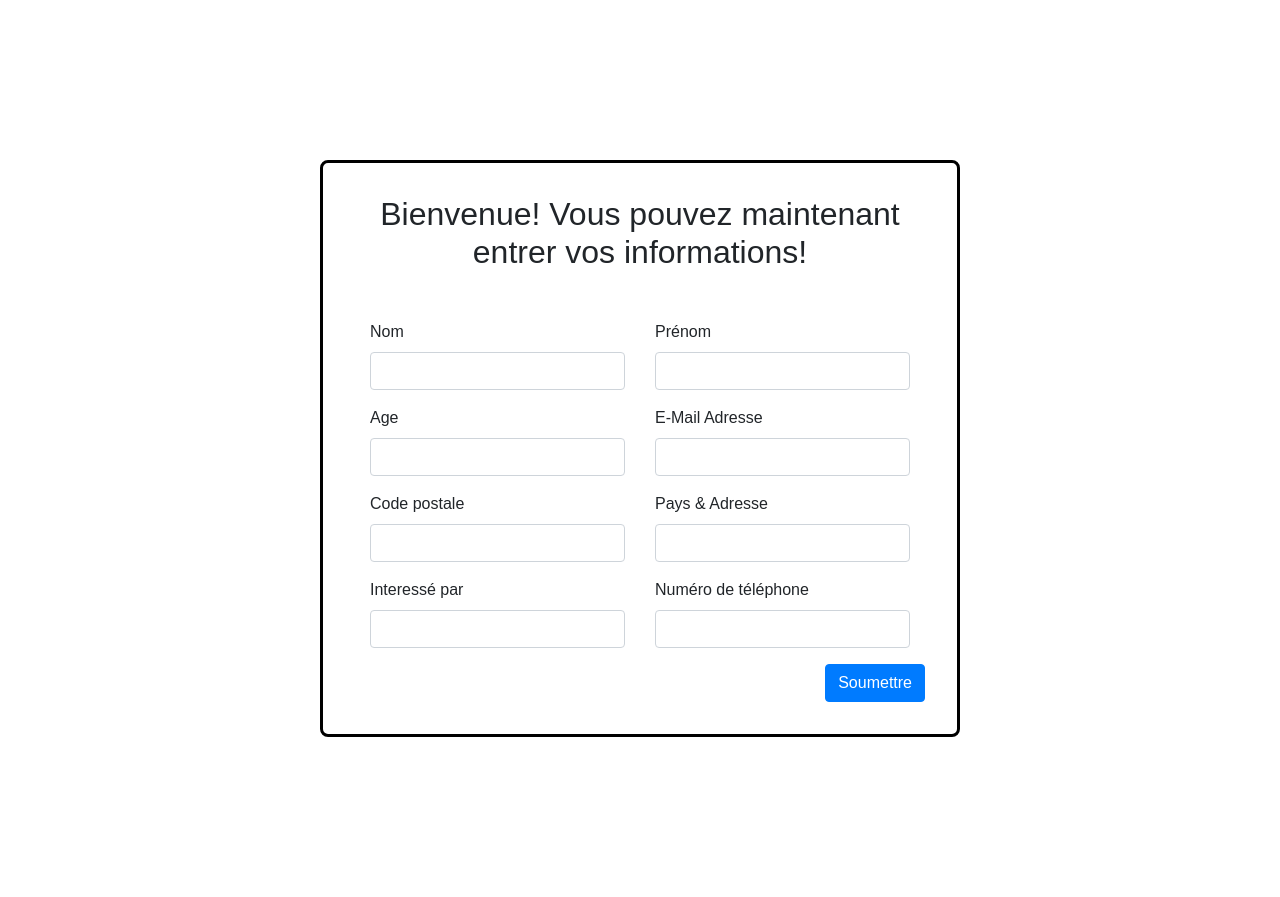
Repository: Aminox84/frontend-main
Page: /
The author's editor kept a copy of each file at every save. The page is drawn from the files as they stood at one save, then again after the next save.
The browser window is 1280 px wide. The pictures show the whole page.
The project was rebuilt for these pictures with package versions that can differ from the ones it lists, and the page was loaded fresh each time.

Above is the page before, as saved 2022-12-29 19:58:42.

After the next save:
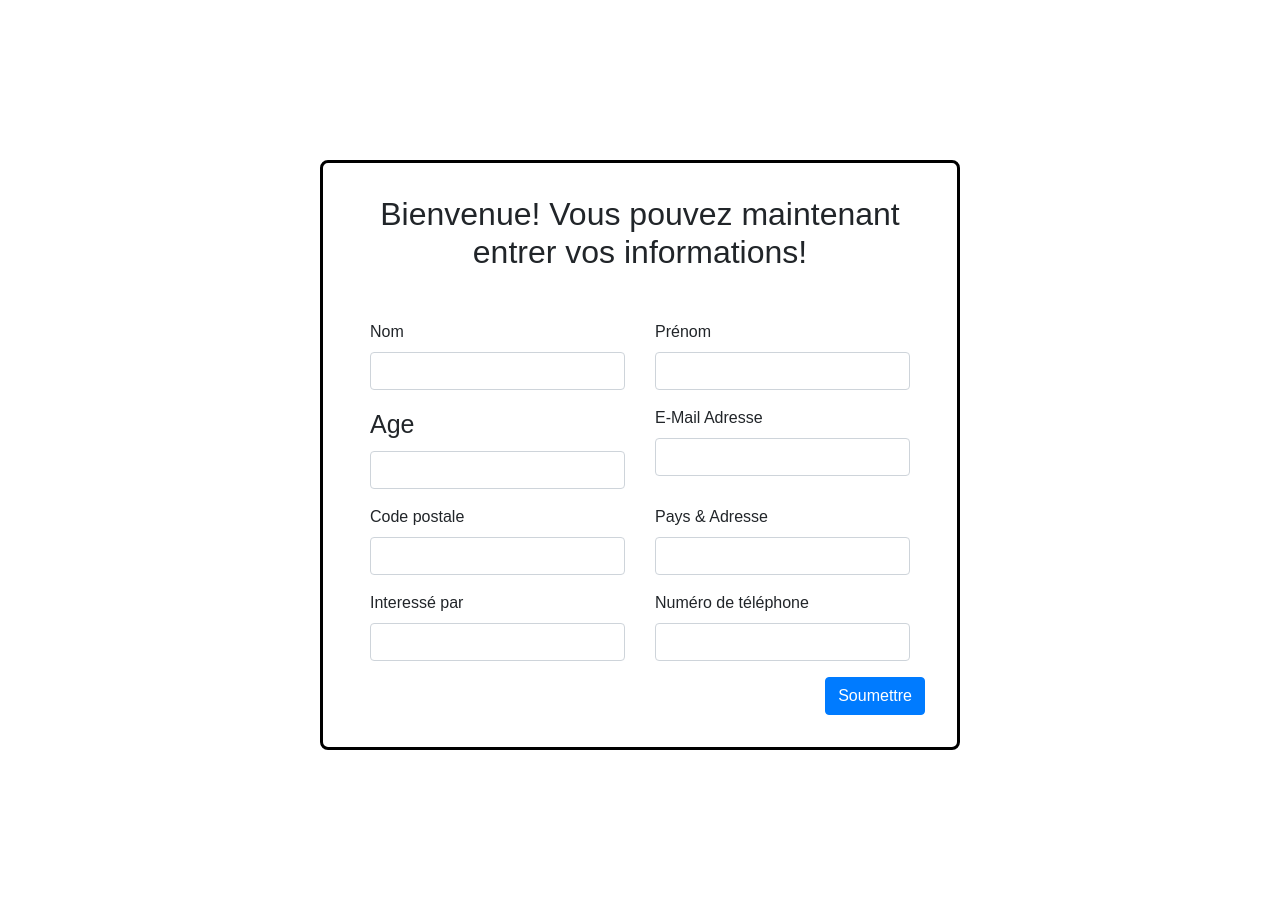
Saved 23 s later.
--- a/src/userForm.tsx
+++ b/src/userForm.tsx
@@ -30,7 +30,7 @@ export function UserForm() {
   <div className="row">
     <div className="col">
     <div className="form-group">
-          <label htmlFor="exampleInputPassword1">Age</label>
+          <label style={{fontSize:"25px"}} htmlFor="exampleInputPassword1">Age</label>
           <input
             type="text"
             className="form-control"
